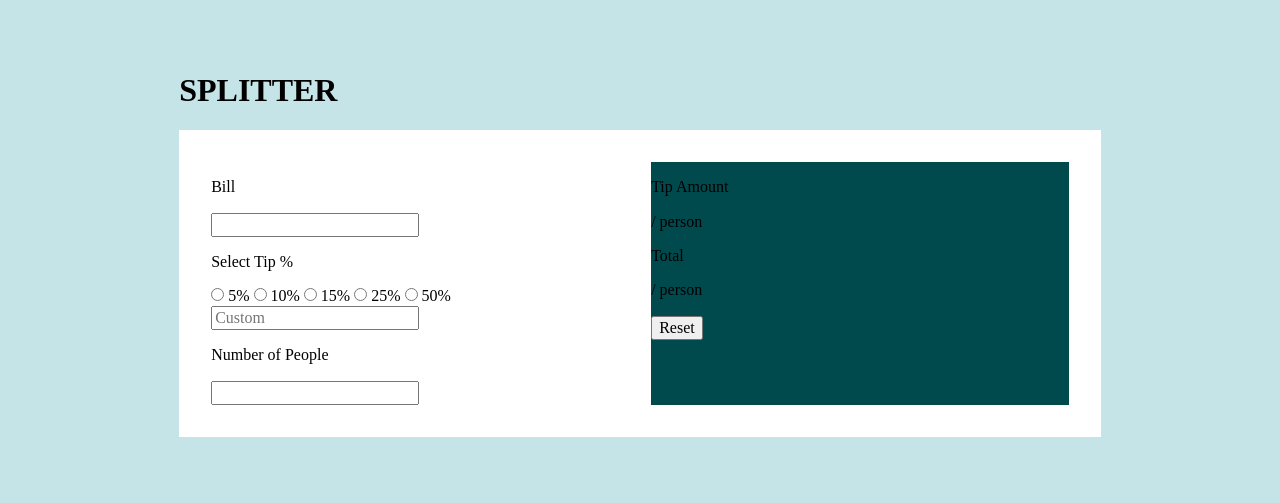
Repository: Jay-JYKim91/FM_tip-calculator
Page: index.html
These files come from the project's save history. The page is drawn as it stood at one moment and after the next save; the edit follows.
The browser window is 1280 px wide. The pictures show the whole page.

Above is the page before, as saved 2021-12-21 12:52:25.

After the next save:
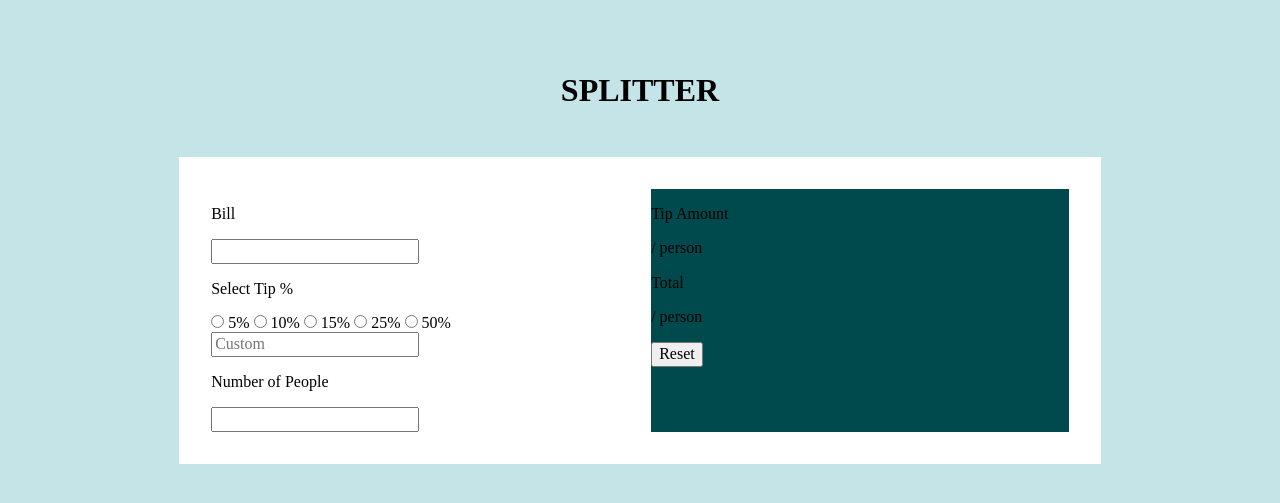
Saved 4 min 35 s later.
--- a/style.css
+++ b/style.css
@@ -14,6 +14,11 @@ body {
 }
 .container {
   margin: 10vh 14vw;
+}
+.main-title {
+  margin: 3rem;
+  text-align: center;
+  text-transform: uppercase;
 }
 .calculator-wrapper {
   background-color: var(--white);
